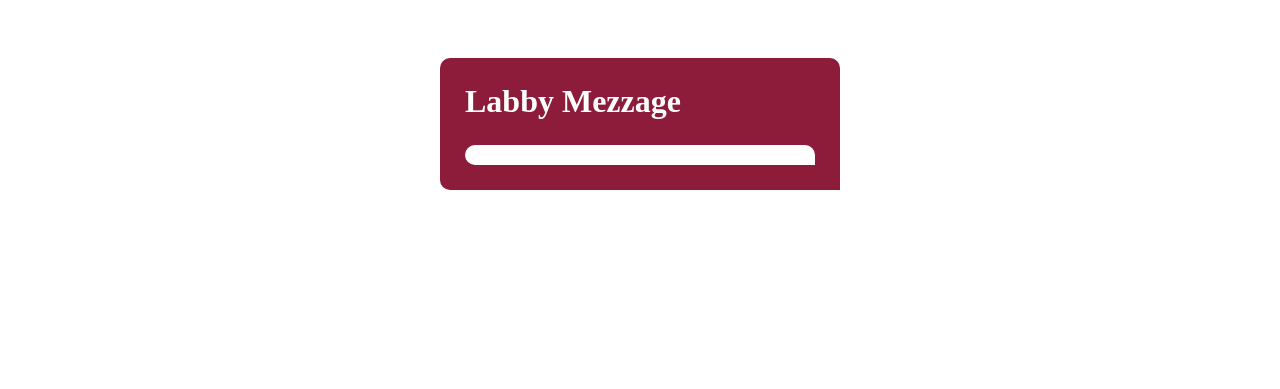
Repository: lw222gu/1dv403-laborationer
Page: 2-labbymezzage/index.html
The author's editor kept a record of every edit. The page is drawn from the files as they stood at one moment, then again after the next edit.
The browser window is 1280 px wide. The pictures show the whole page.
Some web fonts or font styles are not loaded; a fallback is used.

Above is the page before.

### 2-labbymezzage/index.html
<!doctype html>
<html lang = "sv">
    <head>
        <meta charset="utf-8" />
        <meta name="viewport" content="width=device-width, initial-scale=1.0" />
        <title>Labby Mezzage</title>

        <!-- Main CSS -->
        <link rel="stylesheet" href="style.css" />

        <!-- Fonts -->
        <link href='//fonts.googleapis.com/css?family=Shadows+Into+Light+Two' rel='stylesheet' type='text/css'>

        <!-- JavaScript -->
        <script src="mainscript.js"></script>
        <script src="message.js"></script>

    </head>

    <body>

        <div id="container">
            <header>
                <h1>Labby Mezzage</h1>
            </header>

            <main>

            </main>
        </div>

    </body>
</html>

### 2-labbymezzage/style.css
body {
    font-size: 1em;
    padding-top:50px;
}

#container {
    max-width: 350px;
    margin: 0 auto 0 auto;
    background-color:#8C1C3A;
    overflow: auto;
    padding:25px;
    border-radius:10px 10px 0px 10px;
}

main {
    width:inherit;
    background-color:#FFF;
    margin-top:25px;
    padding:10px;
    border-radius:10px 10px 0px 10px;
    overflow:auto;
}

h1 {
    font-family: 'Shadows Into Light Two', cursive;
    color: #FFF ;
    margin:0px;
}

.textbox {
    width: 307px;
    height:100px;
    padding:10px;
    margin-bottom:5px;
    border-width:1px;
    border-color:#591225;
    border-style:solid;
    border-radius:10px 10px 0px 10px;

}

.button {
    float:right;
    padding:5px;
}

### 2-labbymezzage/mainscript.js
"use strict";

var mezzageApp = {

    messages: [],

    init: function(e){

        var mess = new Message("Testmeddelande", new Date());
/*      alert(mess);
        alert(mess.getText());
        mess.setText("En annan text att testa");
        alert(mess);

        mezzageApp.messages.push(mess, "Kiwi");
        alert(mezzageApp.messages[1]);
*/
    }
};


window.onload = mezzageApp.init; //pekar på metoden init som kommer köras när sidan laddats

### 2-labbymezzage/message.js
"use strict";
/* Message constructor */

function Message(message, date){

    var text;

    this.getText = function(){
        return message;
    };

    this.setText = function(_text){
        message = _text;
    };

    this.getDate = function(){
        return date;
    };

    this.setDate = function(_date){
        date = new Date();
    };
}

Message.prototype.toString = function(){
    // Returnerar objektet som en sträng
    return (this.getText() + " (" + this.getDate() + ")");
};

Message.prototype.getHTMLText = function(text){
    // Hämtar texten med \n utbytt mot <br/>

};

Message.prototype.getDateText = function(_date){
    // Hämtar datumet? Vad gör denna egentligen. Finns med i exemplet men inte listan över funktioner.
};

After the next edit:
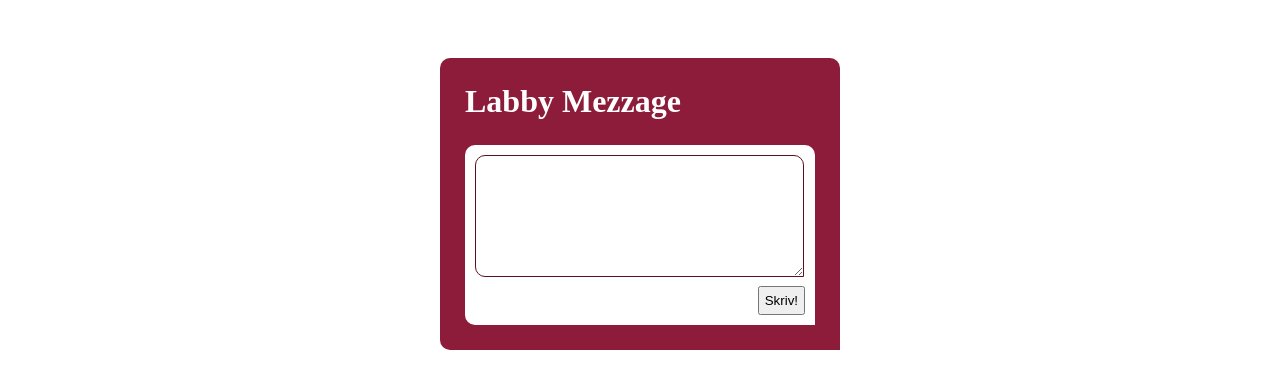
The edit:
--- a/2-labbymezzage/index.html
+++ b/2-labbymezzage/index.html
@@ -25,7 +25,8 @@
             </header>
 
             <main>
-
+                <textarea class="textbox"></textarea>
+                <input class="button" type="submit" value="Skriv!" />
             </main>
         </div>
 
